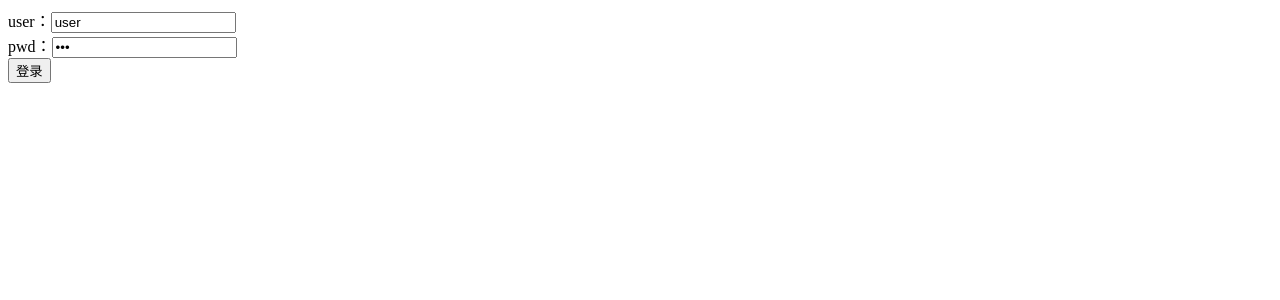
Repository: 0qiqi0/DOM-CSS-JS-JSP-study
Page: http://localhost/JSP2_02_inner_obj/request.jsp
The author's editor kept a copy of each file at every save. The page is drawn from the files as they stood at one save, then again after the next save.
The browser window is 1280 px wide. The pictures show the whole page.
The page is served by Tomcat 9.

Above is the page before, as saved 2016-01-28 13:26:11.

### JSP2_02_inner_obj/WebContent/request.jsp
<%@ page language="java" contentType="text/html; charset=UTF-8"
    pageEncoding="UTF-8"%>
<!DOCTYPE html PUBLIC "-//W3C//DTD HTML 4.01 Transitional//EN" "http://www.w3.org/TR/html4/loose.dtd">
<html>
<head>
<meta http-equiv="Content-Type" content="text/html; charset=UTF-8">
<title>Insert title here</title>
</head>
<body>
	<form action="request_receive.jsp">
		user：<input type="text" value="user"/><br/>
		pwd：<input type="password" value="pwd"/><br/>
		<input type="submit" value="登录"/><br/>
	</form>
</body>
</html>

After the next save:
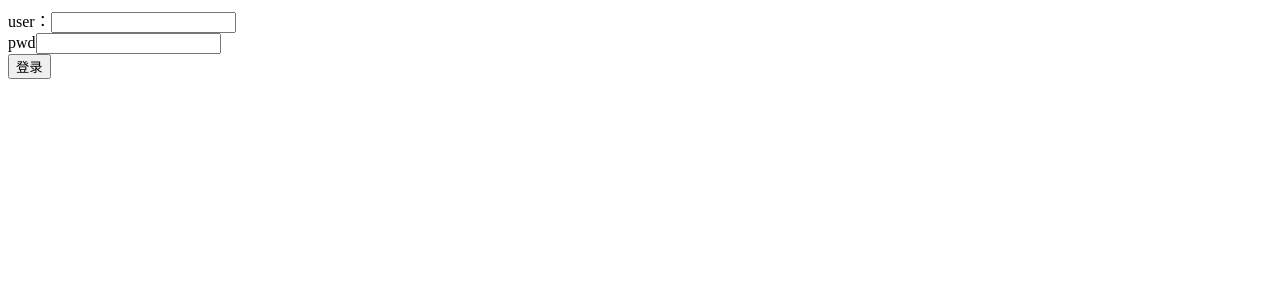
Saved 5 min 51 s later.
--- a/JSP2_02_inner_obj/WebContent/request.jsp
+++ b/JSP2_02_inner_obj/WebContent/request.jsp
@@ -8,8 +8,8 @@
 </head>
 <body>
 	<form action="request_receive.jsp">
-		user：<input type="text" value="user"/><br/>
-		pwd：<input type="password" value="pwd"/><br/>
+		user：<input type="text" name="user"/><br/>
+		pwd<input type="password" name="pwd"/><br/>
 		<input type="submit" value="登录"/><br/>
 	</form>
 </body>
